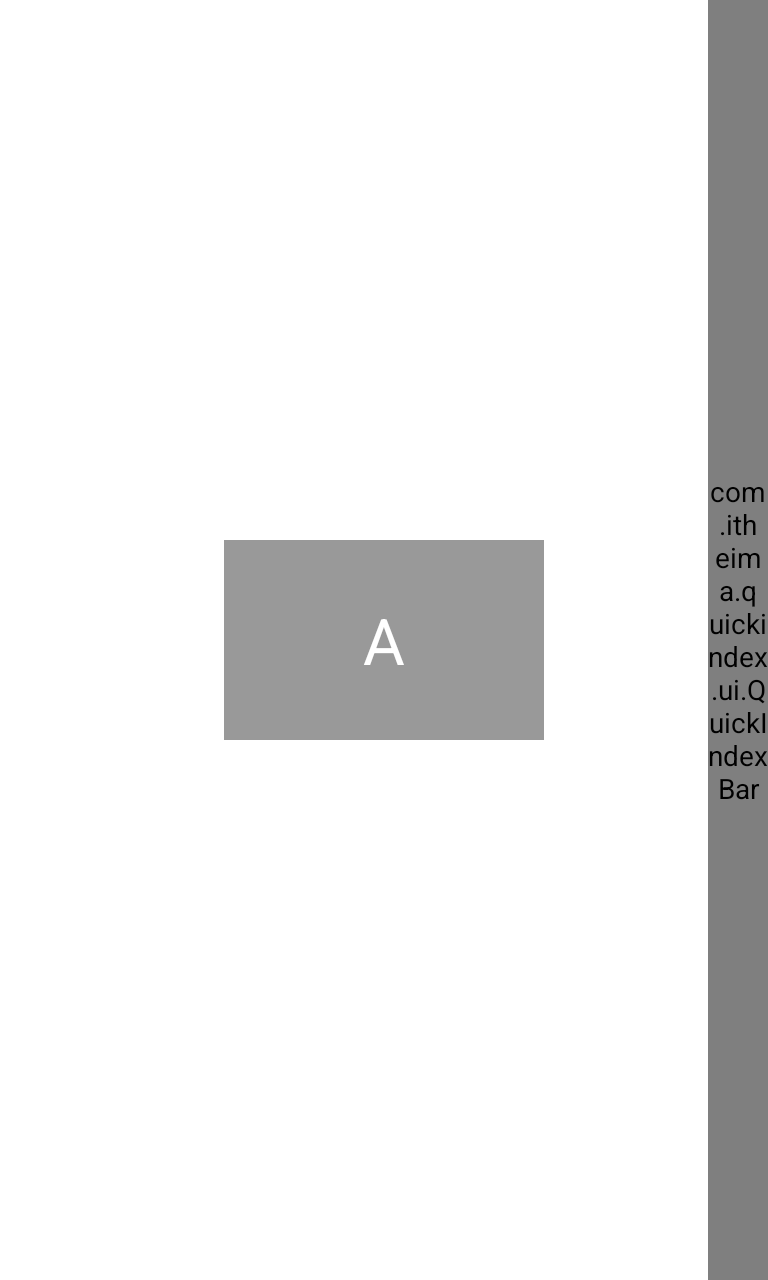
Repository: weijunfeng/QQEffects
Layout: 01_快速索引/res/layout/activity_main.xml
These files come from the project's save history. The layout is drawn as it stood at one moment and after the next save; the edit follows.
Pictures or frames that could not be fetched are drawn as grey boxes. It is drawn on a 768 x 1280 px phone screen (xhdpi) without system bars, with theme AppTheme; the app's code is not run. Lists and similar views that code fills are empty.

Above is the layout before, as saved 2015-04-01 09:35:32.

After the next save:
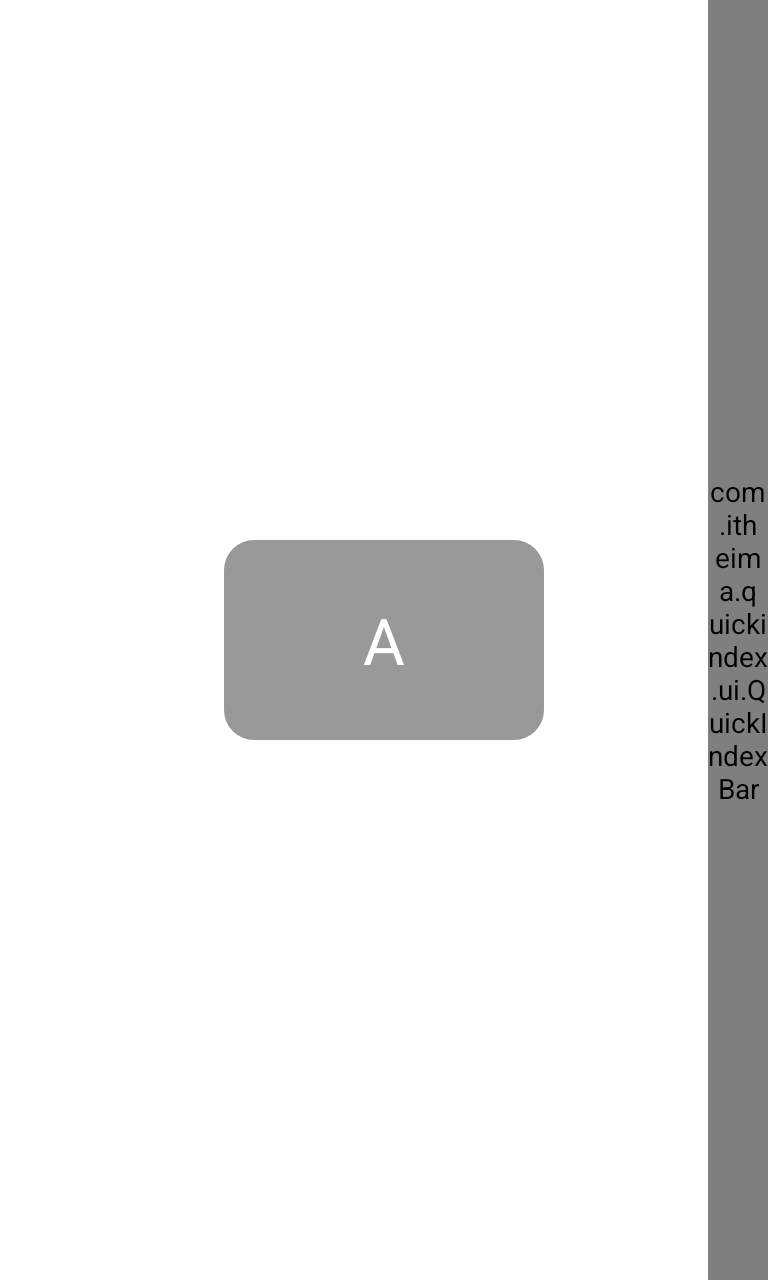
Saved 8 s later.
--- a/01_快速索引/res/layout/activity_main.xml
+++ b/01_快速索引/res/layout/activity_main.xml
@@ -20,7 +20,7 @@
     <TextView
         android:layout_width="160dp"
         android:layout_height="100dp"
-        android:background="#66000000"
+        android:background="@drawable/bg_index"
         android:gravity="center"
         android:textSize="32sp"
         android:textColor="#ffffff"
